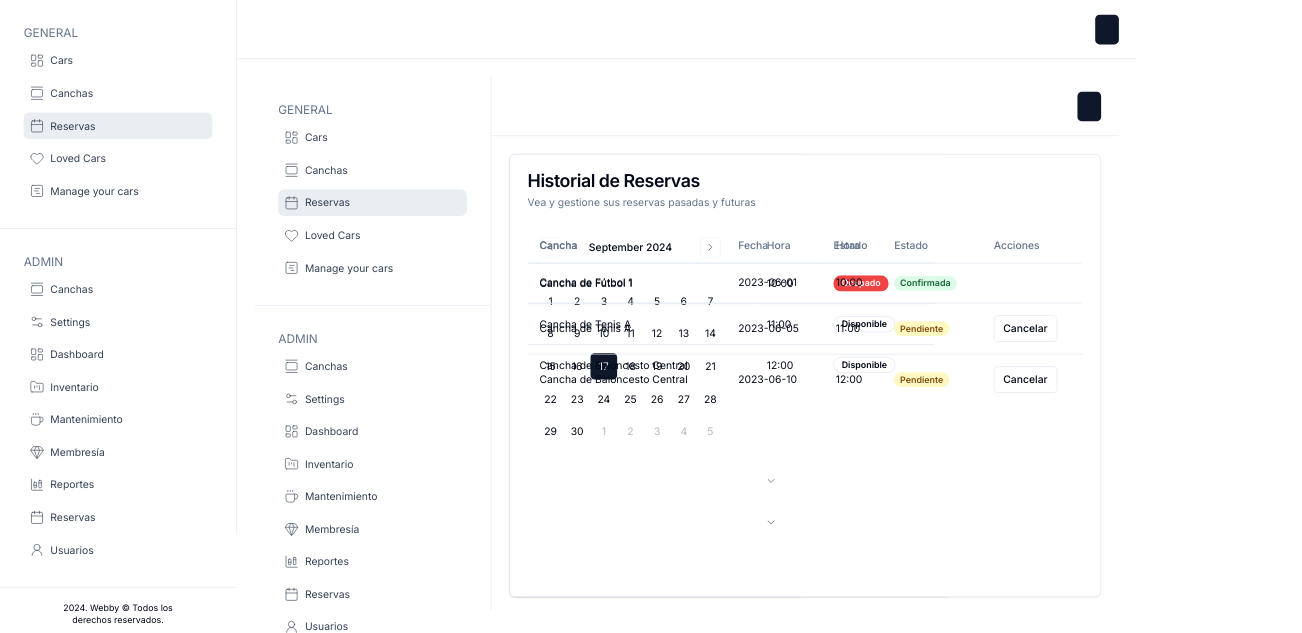
Repository: Jackson-sch/cdeporte
Page: /reservas
The author's editor kept a copy of each file at every save. The page is drawn from the files as they stood at one save, then again after a run of saves.
The browser window is 1280 px wide. The page is 1536 px wide, then 1760 px, so the pictures cover 1760 px, including what lies to the right of the window. The pictures show the whole page, at 74% of full size.
The project was rebuilt for these pictures with package versions that can differ from the ones it lists, and the page was loaded fresh each time. The framework's server and built-in components were replaced by stand-ins that run in the browser. Also part of the build but not shown: next.config.mjs, src/components/ui/label.jsx, src/components/ui/input.jsx, src/components/Reservas/HistorialReserva.jsx.

Above is the page before, as saved 2024-09-17 20:05:04.

### src/app/layout.jsx
import { Inter } from "next/font/google";
import "./globals.css";
import { Toaster } from "@/components/ui/toaster";

const inter = Inter({ subsets: ["latin"] });

export const metadata = {
  title: "Create Next App",
  description: "Generated by create next app",
};

export default function RootLayout({ children }) {
  return (
    <html lang="en">
      <body className={inter.className}>
        {children}
        <Toaster />
        </body>
    </html>
  );
}

### src/app/(routes)/layout.jsx
import { NavbarDashboard } from "@/components/NavbarDashboard/NavbarDashboard";
import { Sidebar } from "@/components/Sidebar/Sidebar";




export default function LayoutDashboard({ children }) {
  return (
    <div className="flex w-full h-full">
      <div className="hidden h-full xl:block w-80 xl:fixed">
        <Sidebar />
      </div>
      <div className="w-full h-full xl:ml-80">
        <NavbarDashboard />
        <div className="p-6 h-max container">{children}</div>
      </div>
    </div>
  );
}

### src/app/(routes)/(cliente)/layout.jsx
import { NavbarDashboard } from "@/components/NavbarDashboard/NavbarDashboard";
import { Sidebar } from "@/components/Sidebar/Sidebar";




export default function LayoutDashboard({ children }) {
  return (
    <div className="flex w-full h-full">
      <div className="hidden h-full xl:block w-80 xl:fixed">
        <Sidebar />
      </div>
      <div className="w-full h-full xl:ml-80">
        <NavbarDashboard />
        <div className="p-6 h-max container">{children}</div>
      </div>
    </div>
  );
}

### src/app/(routes)/(cliente)/reservas/page.jsx
'use client'
import React, { useState } from 'react'
import { Calendar } from "@/components/ui/calendar"
import { Card, CardHeader, CardTitle, CardDescription, CardContent } from "@/components/ui/card"
import { Select, SelectTrigger, SelectValue, SelectContent, SelectItem } from "@/components/ui/select"
import { Button } from "@/components/ui/button"
import { Dialog, DialogTrigger, DialogContent, DialogHeader, DialogTitle, DialogDescription, DialogFooter } from "@/components/ui/dialog"
import { Label } from "@/components/ui/label"
import { Input } from "@/components/ui/input"
import RealTimeAvailability from '@/components/Reservas/RealTimeAvailability'
import HistorialReservas from '@/components/Reservas/HistorialReserva'
import ReservationHistory from '@/components/Reservas/ReservationHistory'

export default function ReservationCalendar() {
  const [date, setDate] = useState(new Date())
  const [selectedCourt, setSelectedCourt] = useState("")
  const [selectedTime, setSelectedTime] = useState("")
  const [isDialogOpen, setIsDialogOpen] = useState(false)

  const courts = ["Cancha de Fútbol 1", "Cancha de Tenis A", "Cancha de Baloncesto Central"]
  const times = ["09:00", "10:00", "11:00", "12:00", "13:00", "14:00", "15:00", "16:00", "17:00", "18:00"]

  const handleReservation = () => {
    console.log("Reserva realizada:", { date, selectedCourt, selectedTime })
    setIsDialogOpen(false)
    // Aquí iría la lógica para enviar la reserva al servidor
  }

  return (
    <div className='grid grid-cols-1 md:grid-cols-2'>
      <div className="col-span-3"></div>
      <div className="col-span-3"></div>
    <Card className="w-[400px]">
      <CardHeader>
        <CardTitle>Calendario de Reservas</CardTitle>
        <CardDescription>Seleccione una fecha para su reserva</CardDescription>
      </CardHeader>
      <CardContent>
        <Calendar
          mode="single"
          selected={date}
          onSelect={setDate}
          className="rounded-md border"
        />
        <div className="mt-4">
          <Select onValueChange={setSelectedCourt}>
            <SelectTrigger>
              <SelectValue placeholder="Seleccione una cancha" />
            </SelectTrigger>
            <SelectContent>
              {courts.map((court) => (
                <SelectItem key={court} value={court}>{court}</SelectItem>
              ))}
            </SelectContent>
          </Select>
        </div>
        <div className="mt-4">
          <Select onValueChange={setSelectedTime}>
            <SelectTrigger>
              <SelectValue placeholder="Seleccione una hora" />
            </SelectTrigger>
            <SelectContent>
              {times.map((time) => (
                <SelectItem key={time} value={time}>{time}</SelectItem>
              ))}
            </SelectContent>
          </Select>
        </div>
        <Dialog open={isDialogOpen} onOpenChange={setIsDialogOpen}>
          <DialogTrigger asChild>
            <Button className="mt-4 w-full">Reservar</Button>
          </DialogTrigger>
          <DialogContent>
            <DialogHeader>
              <DialogTitle>Confirmar Reserva</DialogTitle>
              <DialogDescription>
                ¿Está seguro que desea realizar esta reserva?
              </DialogDescription>
            </DialogHeader>
            <div className="grid gap-4 py-4">
              <div className="grid grid-cols-4 items-center gap-4">
                <Label htmlFor="date" className="text-right">
                  Fecha
                </Label>
                <Input id="date" value={date.toLocaleDateString()} className="col-span-3" readOnly />
              </div>
              <div className="grid grid-cols-4 items-center gap-4">
                <Label htmlFor="court" className="text-right">
                  Cancha
                </Label>
                <Input id="court" value={selectedCourt} className="col-span-3" readOnly />
              </div>
              <div className="grid grid-cols-4 items-center gap-4">
                <Label htmlFor="time" className="text-right">
                  Hora
                </Label>
                <Input id="time" value={selectedTime} className="col-span-3" readOnly />
              </div>
            </div>
            <DialogFooter>
              <Button onClick={handleReservation}>Confirmar Reserva</Button>
            </DialogFooter>
          </DialogContent>
        </Dialog>
      </CardContent>
    </Card>

    <RealTimeAvailability />
    <ReservationHistory />
    </div>

  )
}

### src/components/ui/toaster.jsx
"use client"

import {
  Toast,
  ToastClose,
  ToastDescription,
  ToastProvider,
  ToastTitle,
  ToastViewport,
} from "@/components/ui/toast"
import { useToast } from "@/components/ui/use-toast"

export function Toaster() {
  const { toasts } = useToast()

  return (
    (<ToastProvider>
      {toasts.map(function ({ id, title, description, action, ...props }) {
        return (
          (<Toast key={id} {...props}>
            <div className="grid gap-1">
              {title && <ToastTitle>{title}</ToastTitle>}
              {description && (
                <ToastDescription>{description}</ToastDescription>
              )}
            </div>
            {action}
            <ToastClose />
          </Toast>)
        );
      })}
      <ToastViewport />
    </ToastProvider>)
  );
}

### src/components/NavbarDashboard/NavbarDashboard.jsx
import { Sheet, SheetContent, SheetTrigger } from "@/components/ui/sheet";
import {Button } from "@/components/ui/button";
import { Menu } from "lucide-react";
import { SidebarRoutes } from "../SidebarRoutes/SidebarRoutes";



export function NavbarDashboard() {
  return (
    <nav className="flex items-center justify-between w-full h-20 px-2 border-b gap-x-4 md:px-6 bg-background">
      <div className="block xl:hidden">
        <Sheet>
          <SheetTrigger className="flex items-center">
            <Menu />
          </SheetTrigger>
          <SheetContent side="left">
            <SidebarRoutes />
          </SheetContent>
        </Sheet>
      </div>
      <div className="flex items-center justify-end w-full gap-x-2">
        <Button />
      </div>
    </nav>
  );
}

### src/components/Sidebar/Sidebar.jsx
import { SidebarRoutes } from "../SidebarRoutes/SidebarRoutes";


export function Sidebar() {
  return (
    <div className="h-screen">
      <div className="flex flex-col h-full border-r">
        <SidebarRoutes />
      </div>
    </div>
  );
}

### src/components/ui/calendar.jsx
"use client";
import * as React from "react"
import { ChevronLeft, ChevronRight } from "lucide-react"
import { DayPicker } from "react-day-picker"

import { cn } from "@/lib/utils"
import { buttonVariants } from "@/components/ui/button"

function Calendar({
  className,
  classNames,
  showOutsideDays = true,
  ...props
}) {
  return (
    (<DayPicker
      showOutsideDays={showOutsideDays}
      className={cn("p-3", className)}
      classNames={{
        months: "flex flex-col sm:flex-row space-y-4 sm:space-x-4 sm:space-y-0",
        month: "space-y-4",
        caption: "flex justify-center pt-1 relative items-center",
        caption_label: "text-sm font-medium",
        nav: "space-x-1 flex items-center",
        nav_button: cn(
          buttonVariants({ variant: "outline" }),
          "h-7 w-7 bg-transparent p-0 opacity-50 hover:opacity-100"
        ),
        nav_button_previous: "absolute left-1",
        nav_button_next: "absolute right-1",
        table: "w-full border-collapse space-y-1",
        head_row: "flex",
        head_cell:
          "text-muted-foreground rounded-md w-9 font-normal text-[0.8rem]",
        row: "flex w-full mt-2",
        cell: "h-9 w-9 text-center text-sm p-0 relative [&:has([aria-selected].day-range-end)]:rounded-r-md [&:has([aria-selected].day-outside)]:bg-accent/50 [&:has([aria-selected])]:bg-accent first:[&:has([aria-selected])]:rounded-l-md last:[&:has([aria-selected])]:rounded-r-md focus-within:relative focus-within:z-20",
        day: cn(
          buttonVariants({ variant: "ghost" }),
          "h-9 w-9 p-0 font-normal aria-selected:opacity-100"
        ),
        day_range_end: "day-range-end",
        day_selected:
          "bg-primary text-primary-foreground hover:bg-primary hover:text-primary-foreground focus:bg-primary focus:text-primary-foreground",
        day_today: "bg-accent text-accent-foreground",
        day_outside:
          "day-outside text-muted-foreground opacity-50 aria-selected:bg-accent/50 aria-selected:text-muted-foreground aria-selected:opacity-30",
        day_disabled: "text-muted-foreground opacity-50",
        day_range_middle:
          "aria-selected:bg-accent aria-selected:text-accent-foreground",
        day_hidden: "invisible",
        ...classNames,
      }}
      components={{
        IconLeft: ({ ...props }) => <ChevronLeft className="h-4 w-4" />,
        IconRight: ({ ...props }) => <ChevronRight className="h-4 w-4" />,
      }}
      {...props} />)
  );
}
Calendar.displayName = "Calendar"

export { Calendar }

### src/components/ui/card.jsx
import * as React from "react"

import { cn } from "@/lib/utils"

const Card = React.forwardRef(({ className, ...props }, ref) => (
  <div
    ref={ref}
    className={cn("rounded-lg border bg-card text-card-foreground shadow-sm", className)}
    {...props} />
))
Card.displayName = "Card"

const CardHeader = React.forwardRef(({ className, ...props }, ref) => (
  <div
    ref={ref}
    className={cn("flex flex-col space-y-1.5 p-6", className)}
    {...props} />
))
CardHeader.displayName = "CardHeader"

const CardTitle = React.forwardRef(({ className, ...props }, ref) => (
  <h3
    ref={ref}
    className={cn("text-2xl font-semibold leading-none tracking-tight", className)}
    {...props} />
))
CardTitle.displayName = "CardTitle"

const CardDescription = React.forwardRef(({ className, ...props }, ref) => (
  <p
    ref={ref}
    className={cn("text-sm text-muted-foreground", className)}
    {...props} />
))
CardDescription.displayName = "CardDescription"

const CardContent = React.forwardRef(({ className, ...props }, ref) => (
  <div ref={ref} className={cn("p-6 pt-0", className)} {...props} />
))
CardContent.displayName = "CardContent"

const CardFooter = React.forwardRef(({ className, ...props }, ref) => (
  <div
    ref={ref}
    className={cn("flex items-center p-6 pt-0", className)}
    {...props} />
))
CardFooter.displayName = "CardFooter"

export { Card, CardHeader, CardFooter, CardTitle, CardDescription, CardContent }

### src/components/ui/button.jsx
import * as React from "react"
import { Slot } from "@radix-ui/react-slot"
import { cva } from "class-variance-authority";

import { cn } from "@/lib/utils"

const buttonVariants = cva(
  "inline-flex items-center justify-center whitespace-nowrap rounded-md text-sm font-medium ring-offset-background transition-colors focus-visible:outline-none focus-visible:ring-2 focus-visible:ring-ring focus-visible:ring-offset-2 disabled:pointer-events-none disabled:opacity-50",
  {
    variants: {
      variant: {
        default: "bg-primary text-primary-foreground hover:bg-primary/90",
        destructive:
          "bg-destructive text-destructive-foreground hover:bg-destructive/90",
        outline:
          "border border-input bg-background hover:bg-accent hover:text-accent-foreground",
        secondary:
          "bg-secondary text-secondary-foreground hover:bg-secondary/80",
        ghost: "hover:bg-accent hover:text-accent-foreground",
        link: "text-primary underline-offset-4 hover:underline",
      },
      size: {
        default: "h-10 px-4 py-2",
        sm: "h-9 rounded-md px-3",
        lg: "h-11 rounded-md px-8",
        icon: "h-10 w-10",
      },
    },
    defaultVariants: {
      variant: "default",
      size: "default",
    },
  }
)

const Button = React.forwardRef(({ className, variant, size, asChild = false, ...props }, ref) => {
  const Comp = asChild ? Slot : "button"
  return (
    (<Comp
      className={cn(buttonVariants({ variant, size, className }))}
      ref={ref}
      {...props} />)
  );
})
Button.displayName = "Button"

export { Button, buttonVariants }

### src/components/Reservas/RealTimeAvailability.jsx
'use client'
import React, { useState, useEffect } from 'react'
import { Card, CardHeader, CardTitle, CardDescription, CardContent } from "@/components/ui/card"
import { Table, TableBody, TableCell, TableHead, TableHeader, TableRow } from "@/components/ui/table"
import { Badge } from "@/components/ui/badge"

export default function RealTimeAvailability() {
  const [availability, setAvailability] = useState([])

  useEffect(() => {
    // Simulación de actualización en tiempo real
    const interval = setInterval(() => {
      const newAvailability = [
        { id: 1, court: "Cancha de Fútbol 1", time: "10:00", status: Math.random() > 0.5 ? "Disponible" : "Ocupado" },
        { id: 2, court: "Cancha de Tenis A", time: "11:00", status: Math.random() > 0.5 ? "Disponible" : "Ocupado" },
        { id: 3, court: "Cancha de Baloncesto Central", time: "12:00", status: Math.random() > 0.5 ? "Disponible" : "Ocupado" },
      ]
      setAvailability(newAvailability)
    }, 5000) // Actualiza cada 5 segundos

    return () => clearInterval(interval)
  }, [])

  return (
    <Card className="w-[600px]">
      <CardHeader>
        <CardTitle>Disponibilidad en Tiempo Real</CardTitle>
        <CardDescription>Vea la disponibilidad actual de las canchas</CardDescription>
      </CardHeader>
      <CardContent>
        <Table>
          <TableHeader>
            <TableRow>
              <TableHead>Cancha</TableHead>
              <TableHead>Hora</TableHead>
              <TableHead>Estado</TableHead>
            </TableRow>
          </TableHeader>
          <TableBody>
            {availability.map((item) => (
              <TableRow key={item.id}>
                <TableCell>{item.court}</TableCell>
                <TableCell>{item.time}</TableCell>
                <TableCell>
                  <Badge variant={item.status === "Disponible" ? "success" : "destructive"}>
                    {item.status}
                  </Badge>
                </TableCell>
              </TableRow>
            ))}
          </TableBody>
        </Table>
      </CardContent>
    </Card>
  )
}

### src/components/SidebarRoutes/SidebarRoutes.jsx
"use client";

import { Separator } from "@/components/ui/separator";
import { dataAdminSidebar, dataGeneralSidebar } from "./SidebarRoute.data";
import { SidebarItem } from "./SidebarItem/SidebarItem";



export function SidebarRoutes() {

  return (
    <div className="flex flex-col justify-between h-full">
      <div>
        <div className="p-4 md:p-8">
          <p className="mb-2 text-slate-500">GENERAL</p>
          {dataGeneralSidebar.map((item) => (
            <SidebarItem key={item.label} item={item} />
          ))}
        </div>

        <Separator />

          <div className="p-4 md:p-8">
            <p className="mb-2 text-slate-500">ADMIN</p>
            {dataAdminSidebar.map((item) => (
              <SidebarItem key={item.label} item={item} />
            ))}
          </div>
      </div>

      <div>
        <Separator />

        <footer className="px-6 py-2 mt-3 text-center text-xs text-pretty">
          2024. Webby © Todos los derechos reservados.
        </footer>
      </div>
    </div>
  );
}

### src/components/ui/table.jsx
import * as React from "react"

import { cn } from "@/lib/utils"

const Table = React.forwardRef(({ className, ...props }, ref) => (
  <div className="relative w-full overflow-auto">
    <table
      ref={ref}
      className={cn("w-full caption-bottom text-sm", className)}
      {...props} />
  </div>
))
Table.displayName = "Table"

const TableHeader = React.forwardRef(({ className, ...props }, ref) => (
  <thead ref={ref} className={cn("[&_tr]:border-b", className)} {...props} />
))
TableHeader.displayName = "TableHeader"

const TableBody = React.forwardRef(({ className, ...props }, ref) => (
  <tbody
    ref={ref}
    className={cn("[&_tr:last-child]:border-0", className)}
    {...props} />
))
TableBody.displayName = "TableBody"

const TableFooter = React.forwardRef(({ className, ...props }, ref) => (
  <tfoot
    ref={ref}
    className={cn("border-t bg-muted/50 font-medium [&>tr]:last:border-b-0", className)}
    {...props} />
))
TableFooter.displayName = "TableFooter"

const TableRow = React.forwardRef(({ className, ...props }, ref) => (
  <tr
    ref={ref}
    className={cn(
      "border-b transition-colors hover:bg-muted/50 data-[state=selected]:bg-muted",
      className
    )}
    {...props} />
))
TableRow.displayName = "TableRow"

const TableHead = React.forwardRef(({ className, ...props }, ref) => (
  <th
    ref={ref}
    className={cn(
      "h-12 px-4 text-left align-middle font-medium text-muted-foreground [&:has([role=checkbox])]:pr-0",
      className
    )}
    {...props} />
))
TableHead.displayName = "TableHead"

const TableCell = React.forwardRef(({ className, ...props }, ref) => (
  <td
    ref={ref}
    className={cn("p-4 align-middle [&:has([role=checkbox])]:pr-0", className)}
    {...props} />
))
TableCell.displayName = "TableCell"

const TableCaption = React.forwardRef(({ className, ...props }, ref) => (
  <caption
    ref={ref}
    className={cn("mt-4 text-sm text-muted-foreground", className)}
    {...props} />
))
TableCaption.displayName = "TableCaption"

export {
  Table,
  TableHeader,
  TableBody,
  TableFooter,
  TableHead,
  TableRow,
  TableCell,
  TableCaption,
}

### src/components/ui/badge.jsx
import * as React from "react"
import { cva } from "class-variance-authority";

import { cn } from "@/lib/utils"

const badgeVariants = cva(
  "inline-flex items-center rounded-full border px-2.5 py-0.5 text-xs font-semibold transition-colors focus:outline-none focus:ring-2 focus:ring-ring focus:ring-offset-2",
  {
    variants: {
      variant: {
        default:
          "border-transparent bg-primary text-primary-foreground hover:bg-primary/80",
        secondary:
          "border-transparent bg-secondary text-secondary-foreground hover:bg-secondary/80",
        destructive:
          "border-transparent bg-destructive text-destructive-foreground hover:bg-destructive/80",
        outline: "text-foreground",
      },
    },
    defaultVariants: {
      variant: "default",
    },
  }
)

function Badge({
  className,
  variant,
  ...props
}) {
  return (<div className={cn(badgeVariants({ variant }), className)} {...props} />);
}

export { Badge, badgeVariants }

### src/components/SidebarRoutes/SidebarRoute.data.jsx
import {
  Calendar,
  Car,
  ChartColumnStacked,
  Coffee,
  FolderKanban,
  GalleryVertical,
  Gem,
  Heart,
  LayoutDashboard,
  Settings2,
  SquareGanttChart,
  User2,
} from "lucide-react";

export const dataGeneralSidebar = [
  {
    icon: LayoutDashboard,
    label: "Cars",
    href: "/dashboard",
  },
  {
    icon: GalleryVertical,
    label: "Canchas",
    href: "/canchas",
  },
  {
    icon: Calendar,
    label: "Reservas",
    href: "/reservas",
  },
  {
    icon: Heart,
    label: "Loved Cars",
    href: "/loved-cars",
  },
  {
    icon: SquareGanttChart,
    label: "Manage your cars",
    href: "/canchitas",
  },
];

export const dataAdminSidebar = [
  {
    icon: GalleryVertical,
    label: "Canchas",
    href: "/admin/canchas",
  },
  {
    icon: Settings2,
    label: "Settings",
    href: "/admin/configuracion",
  },
  {
    icon: LayoutDashboard,
    label: "Dashboard",
    href: "/admin/dashboard",
  },
  {
    icon: FolderKanban,
    label: "Inventario",
    href: "/admin/inventario",
  },
  {
    icon: Coffee,
    label: "Mantenimiento",
    href: "/admin/mantenimiento",
  },
  {
    icon: Gem,
    label: "Membresía",
    href: "/admin/membresia",
  },
  {
    icon: ChartColumnStacked,
    label: "Reportes",
    href: "/admin/reportes",
  },
  {
    icon: Calendar,
    label: "Reservas",
    href: "/admin/reservas",
  },
  {
    icon: User2,
    label: "Usuarios",
    href: "/admin/usuarios",
  },
];

### src/components/SidebarRoutes/SidebarItem/SidebarItem.jsx
import Link from "next/link";
import { cn } from "@/lib/utils";
import { usePathname } from "next/navigation";

export function SidebarItem({item}) {
  const { href, icon: Icon, label } = item;

  const pathname = usePathname();

  const activePath = pathname === href;

  return (
    <Link
      href={href}
      className={cn(
        `flex gap-x-2 mt-2 text-slate-700 text-sm items-center hover:bg-slate-300/20 p-2 rounded-lg cursor-pointer`,
        activePath && "bg-slate-400/20"
      )}
    >
      <Icon className="h-5 w-5" strokeWidth={1} />
      {label}
    </Link>
  );
}

Loaded but not shown: src/app/globals.css (common file); src/lib/utils.js (common file); src/components/ui/separator.jsx (common file); tailwind.config.js (common file); src/components/ui/use-toast.js (155 lines, source omitted); src/components/ui/select.jsx (122 lines, source omitted); src/components/Reservas/ReservationHistory.jsx (149 lines, source omitted); src/components/ui/toast.jsx (83 lines, source omitted); src/components/ui/sheet.jsx (109 lines, source omitted); src/components/ui/dialog.jsx (96 lines, source omitted)

After the next 2 saves:
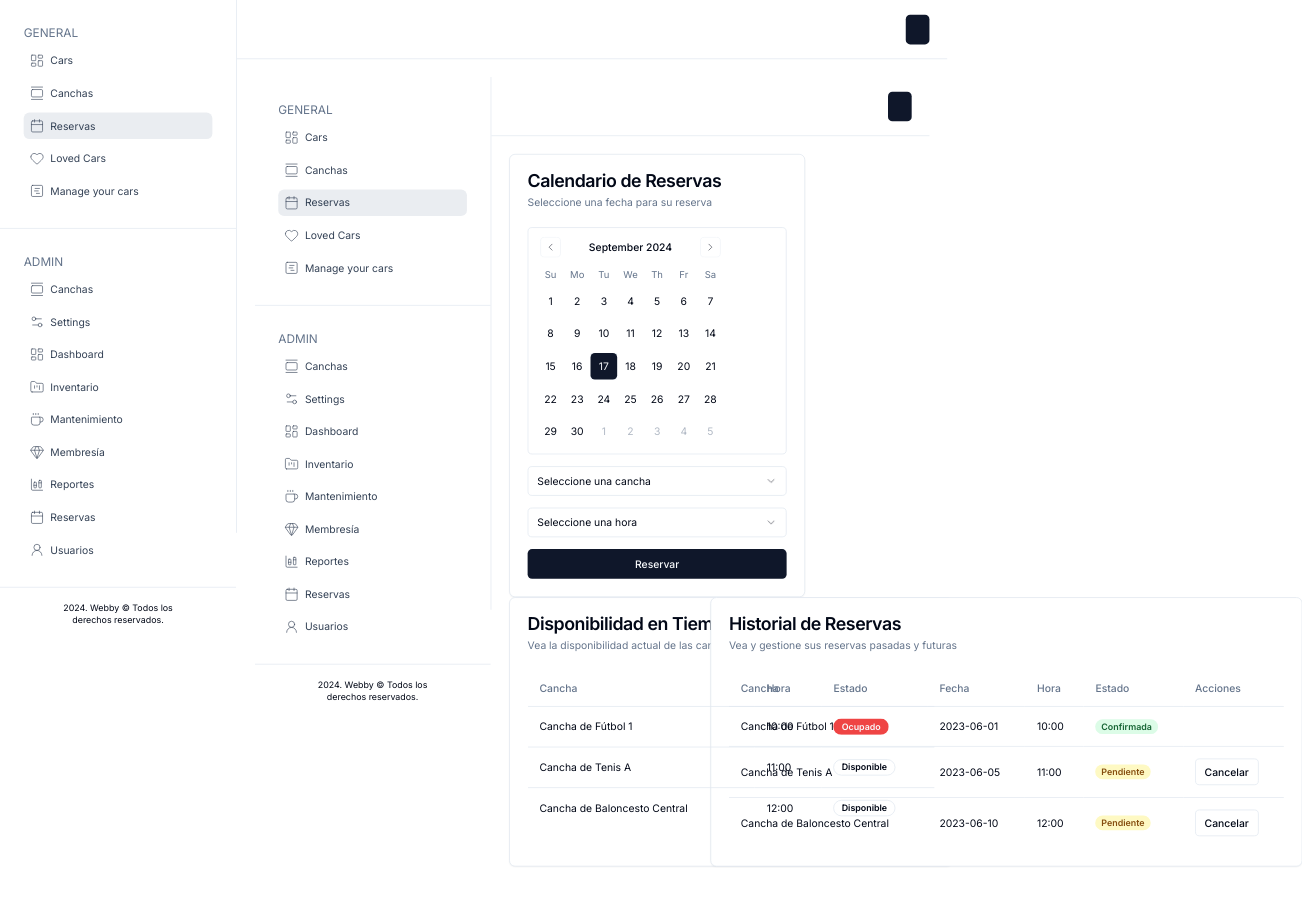
The 2 saves are shown as one change because they came seconds apart.
The last was saved 9 s later.
--- a/src/app/(routes)/(cliente)/reservas/page.jsx
+++ b/src/app/(routes)/(cliente)/reservas/page.jsx
@@ -28,9 +28,8 @@ export default function ReservationCalendar() {
 
   return (
     <div className='grid grid-cols-1 md:grid-cols-2'>
-      <div className="col-span-3"></div>
-      <div className="col-span-3"></div>
-    <Card className="w-[400px]">
+      <div className="col-span-3">
+        <Card className="w-[400px]">
       <CardHeader>
         <CardTitle>Calendario de Reservas</CardTitle>
         <CardDescription>Seleccione una fecha para su reserva</CardDescription>
@@ -104,6 +103,9 @@ export default function ReservationCalendar() {
         </Dialog>
       </CardContent>
     </Card>
+      </div>
+      <div className="col-span-3"></div>
+
 
     <RealTimeAvailability />
     <ReservationHistory />
